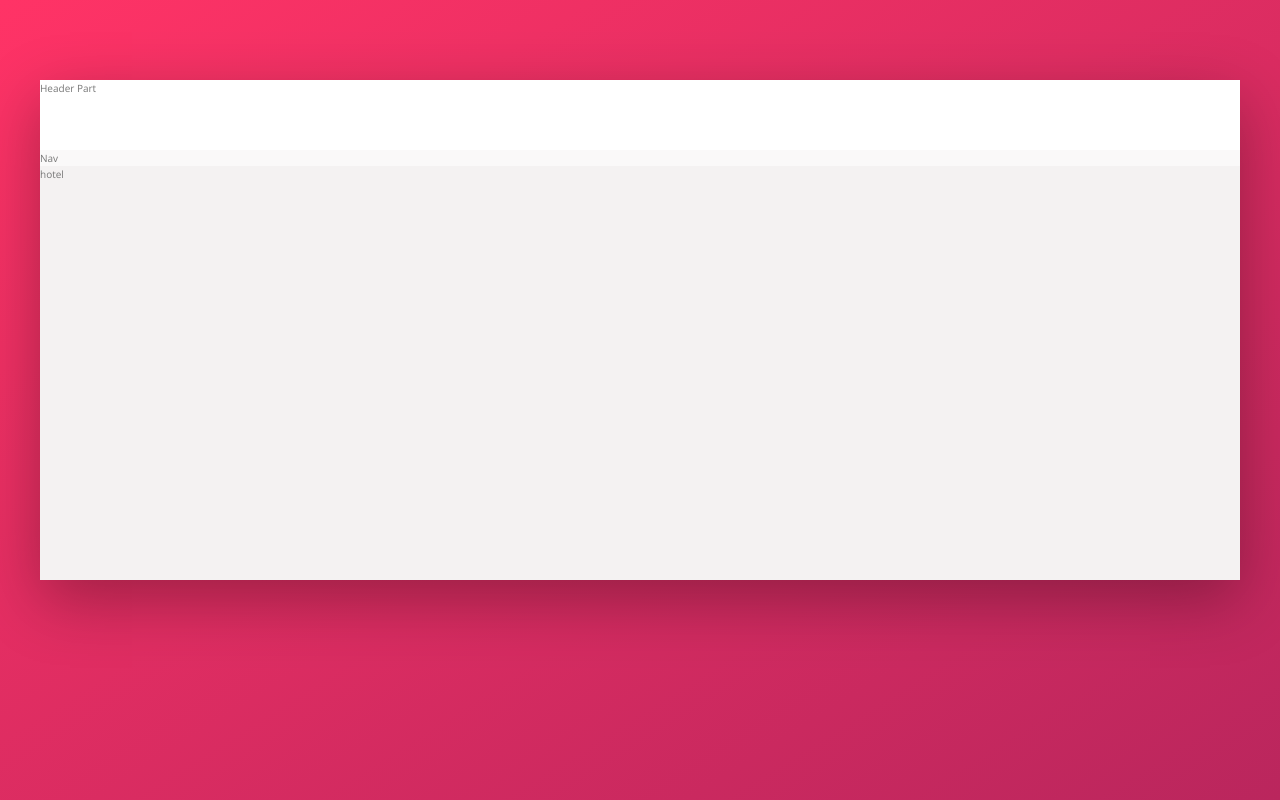
Repository: mohamediyas/flex_website
Page: index.html
An editor plug-in stored every save of this project. The page is shown before and after the next save, followed by the edit.
The browser window is 1280 px wide. The pictures show the whole page.
The style sheet was rebuilt from its Sass, Less or Tailwind sources for each picture, by a compiler version that may differ from the author's.

Above is the page before, as saved 2022-07-31 13:17:43.

### index.html
<!DOCTYPE html>
<html lang="en">
  <head>
    <meta charset="UTF-8" />
    <meta name="viewport" content="width=device-width, initial-scale=1.0" />
    <meta http-equiv="X-UA-Compatible" content="ie=edge" />

    <link
      href="https://fonts.googleapis.com/css?family=Open+Sans:300,400,600"
      rel="stylesheet"
    />
    <link rel="stylesheet" href="css/style.css" />
    <link rel="shortcut icon" type="image/png" href="img/favicon.png" />

    <title>nexter &mdash; your home, your freedom</title>
  </head>
  <body>
    <div class="container">
      <header class="header">Header Part</header>
      <div class="content">
        <nav class="sidebar">Nav</nav>
        <main class="hotel">hotel</main>
      </div>
    </div>
  </body>
</html>

### sass/_base.scss
// COLOR VARIABLES

:root {
  --color-primary: #eb2f64;
  --color-primary-light: #ff3366;
  --color-primary-dark: #ba265d;

  --color-grey-light-1: #faf9f9;
  --color-grey-light-2: #f4f2f2;
  --color-grey-light-3: #f0eeee;
  --color-grey-light-4: #ccc;

  --color-grey-dark-1: #333;
  --color-grey-dark-2: #777;
  --color-grey-dark-3: #999;

  --shadow-dark: 0 2rem 6rem rgba(0, 0, 0, 0.3);
  --shadow-light: 0 2rem 5rem rgba(0, 0, 0, 0.06);

  --line: 1px solid var(--color-grey-light-2);
}

* {
  margin: 0;
  padding: 0;
}

*,
*::after,
*::before {
  box-sizing: inherit;
}

html {
  box-sizing: border-box;
  font-size: 62.5%;
}

body {
  background-image: linear-gradient(
    to right bottom,
    var(--color-primary-light),
    var(--color-primary-dark)
  );
  font-family: "Open Sans", sans-serif;
  font-weight: 400;
  line-height: 1.6;
  background-size: cover;
  background-repeat: no-repeat;
  min-height: 100vh;
  color: var(--color-grey-dark-2);
}

### sass/_layout.scss
.container {
  max-width: 120rem;
  margin: 8rem auto;
  background-color: var(--color-grey-light-2);
  box-shadow: var(--shadow-dark);
  min-height: 50rem;
}

.header {
  height: 7rem;
  background-color: #fff;
  border-bottom: var(--color-grey-light-2);
}

.content {
}

.sidebar {
  background-color: var(--color-grey-light-1);
}

.hotel {
}

Loaded but not shown: sass/main.scss (common file); sass/_components.scss (no stored copy; drawn as an empty file)

After the next save:
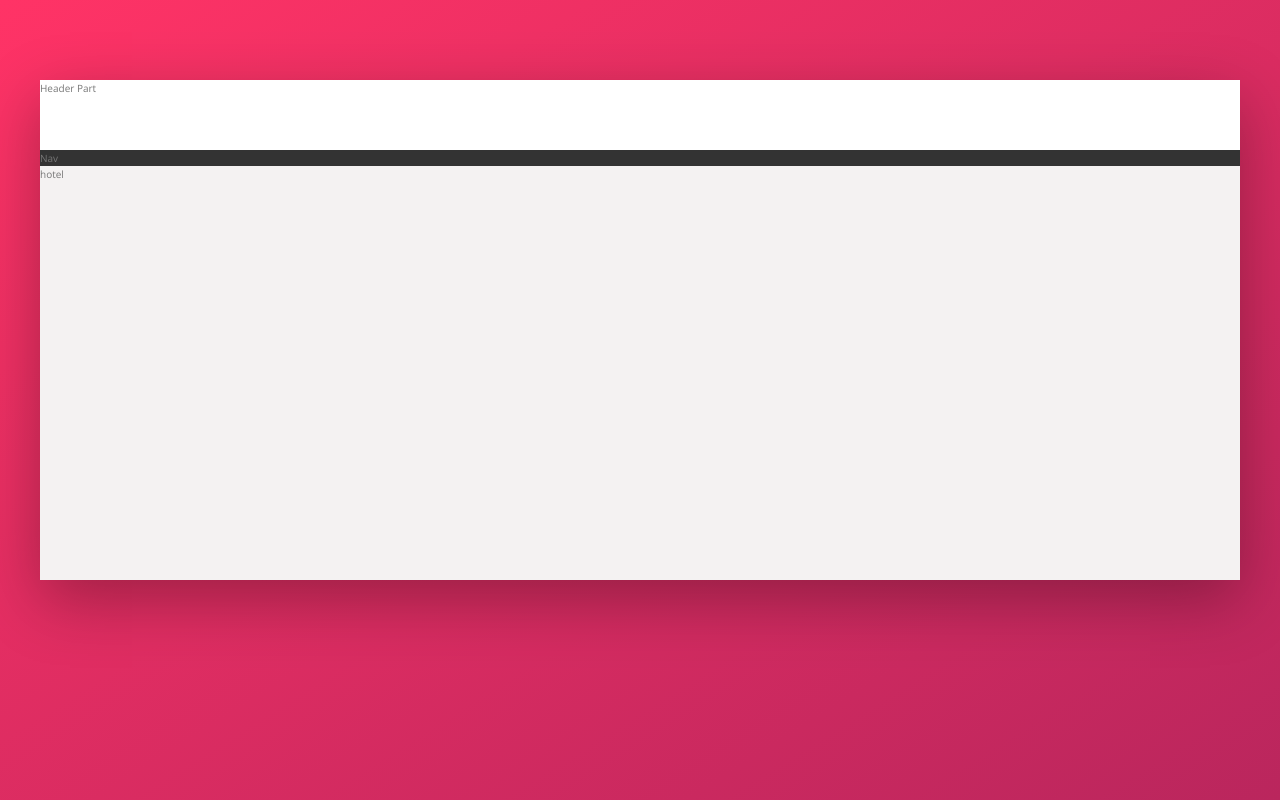
Saved 22 s later.
--- a/sass/_layout.scss
+++ b/sass/_layout.scss
@@ -16,7 +16,7 @@
 }
 
 .sidebar {
-  background-color: var(--color-grey-light-1);
+  background-color: var(--color-grey-dark-1);
 }
 
 .hotel {
